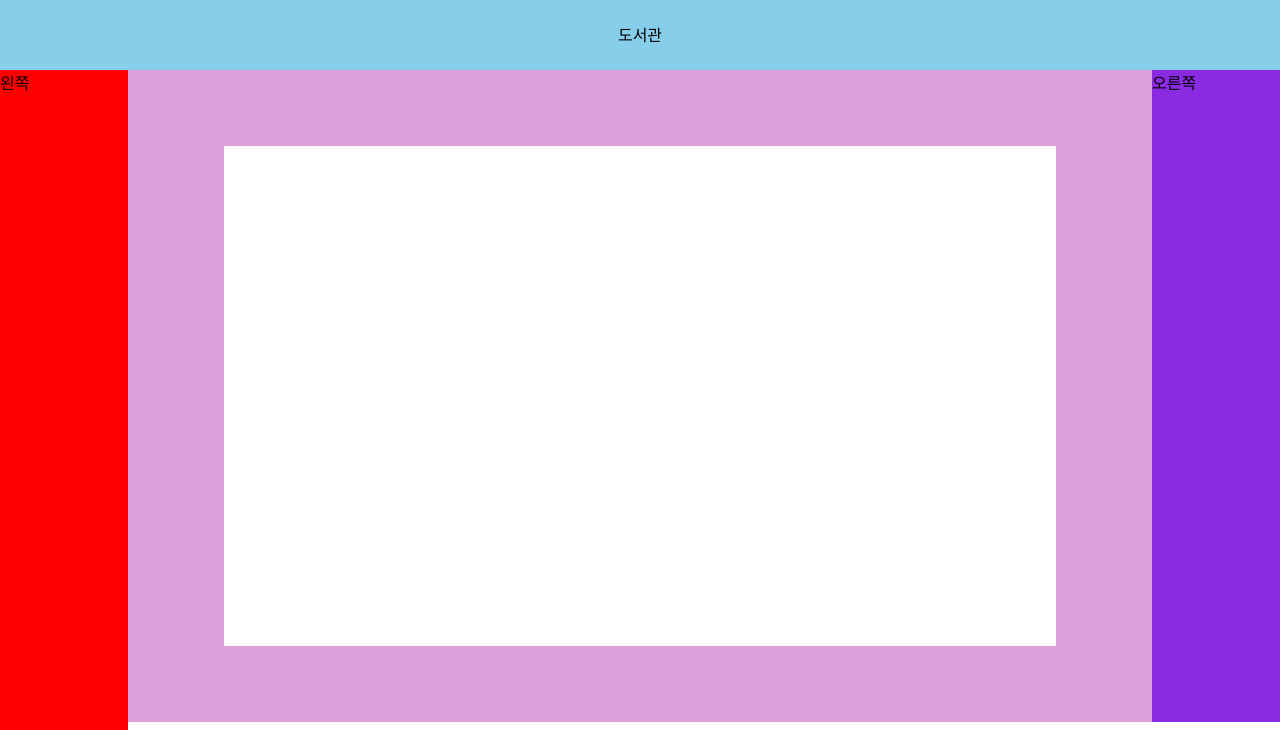
Repository: sojihwan/API_-Multi
Page: / (app in API/)
These files come from the project's save history. The page is drawn as it stood at one moment and after the next save; the edit follows.
The browser window is 1280 px wide. The pictures show the whole page.
The project was rebuilt for these pictures with package versions that can differ from the ones it lists, and the page was loaded fresh each time. Also part of the build but not shown: API/src/App.css.

Above is the page before, as saved 2022-05-24 15:30:33.

### API/src/App.js
import "./App.css";
import Layout from "./Layout/Layout";

function App() {
  return (
    <div>
      <Layout />
    </div>
  );
}

export default App;

### API/src/Layout/layout.js
import React from "react";
import "./Layout.css";
import Section from "./Section";

function Layout() {
  return (
    <div className="layout">
      <header>도서관</header>
      <main>
        <aside>왼쪽</aside>
        <Section />
        <aside>오른쪽</aside>
      </main>
    </div>
  );
}

export default Layout;

### API/src/Layout/layout.css
.layout {
  box-sizing: border-box;
}

header {
  width: 100%;
  height: 70px;
  line-height: 70px;
  text-align: center;
  background: skyblue;
}

aside {
  top: 70px;
}

main aside:first-child {
  position: absolute;
  left: 0;
  width: 10%;
  height: 91.7%;
  background: red;
}

main {
  display: flex;
  justify-content: center;
  align-items: center;
  min-height: 90.6vh;
  background: plum;
}

main aside:last-child {
  position: absolute;
  right: 0;
  width: 10%;
  height: 90.6%;
  background: blueviolet;
}

### API/src/Layout/Section.js
import React from "react";
import "../Layout/Section.css";

function Section() {
  return (
    <div className="section">
      <div></div>
    </div>
  );
}

export default Section;

### API/src/Layout/Section.css
.section {
  width: 65%;
  padding: 250px 0;
  text-align: center;
  background: white;
}

Loaded but not shown: API/public/index.html (common file); API/src/index.js (common file); API/src/index.css (common file); API/src/reportWebVitals.js (common file)

After the next save:
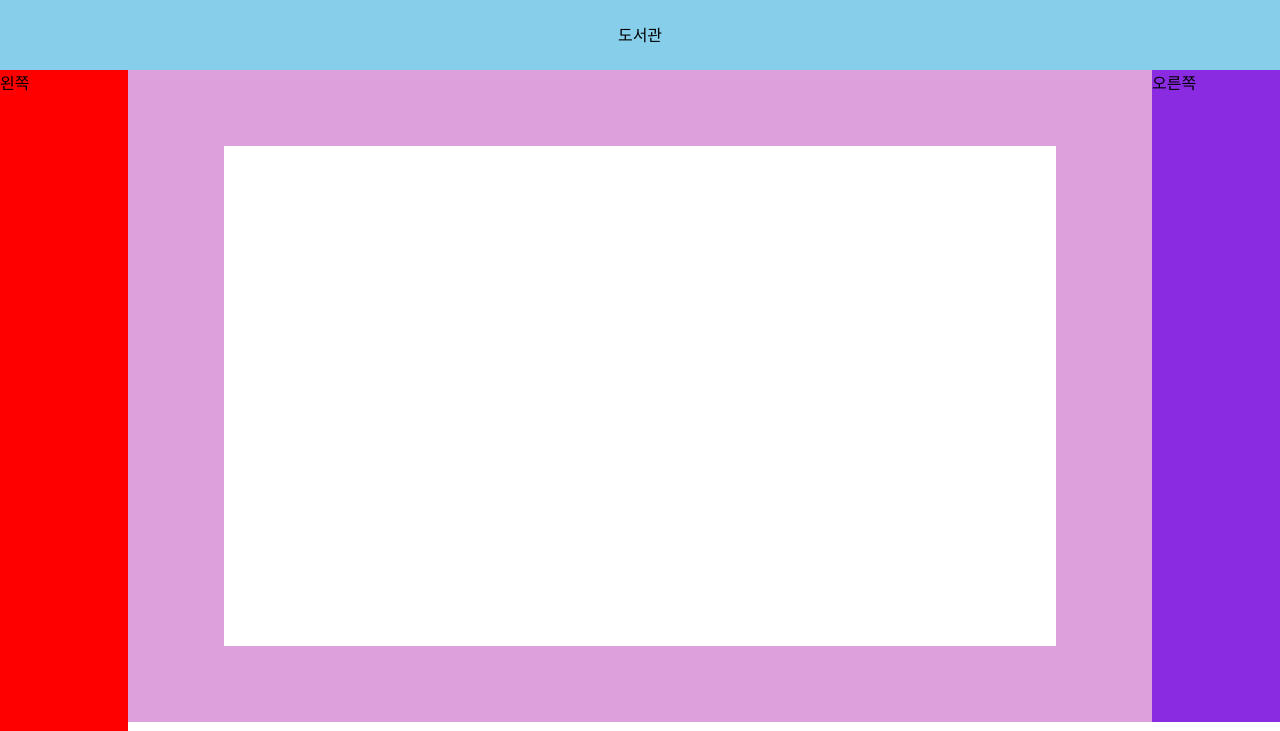
Saved 2 s later.
--- a/API/src/Layout/layout.css
+++ b/API/src/Layout/layout.css
@@ -18,7 +18,7 @@ main aside:first-child {
   position: absolute;
   left: 0;
   width: 10%;
-  height: 91.7%;
+  height: 91.8%;
   background: red;
 }
 
